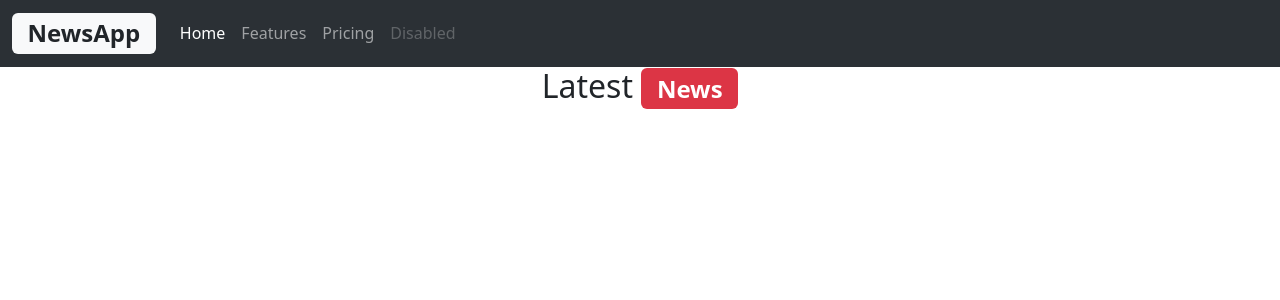
Repository: Abhishek-Thakur14/NewsXpress
Page: /
An editor plug-in stored every save of this project. The page is shown before and after the next save, followed by the edit.
The browser window is 1280 px wide. The pictures show the whole page.
The page's requests for data from a server got no answer. The project was rebuilt for these pictures with package versions that can differ from the ones it lists, and the page was loaded fresh each time. No one was signed in, and anything a server would have sent is missing. Also part of the build but not shown: vite.config.js, src/Components/NewsItem.jsx.

Above is the page before, as saved 2025-02-07 01:46:36.

### index.html
<!doctype html>
<html lang="en">
  <head>
    <meta charset="UTF-8" />
    <meta name="viewport" content="width=device-width, initial-scale=1.0" />
    <title>News App</title>
    <link href="https://cdn.jsdelivr.net/npm/bootstrap@5.3.3/dist/css/bootstrap.min.css" rel="stylesheet"
      integrity="sha384-QWTKZyjpPEjISv5WaRU9OFeRpok6YctnYmDr5pNlyT2bRjXh0JMhjY6hW+ALEwIH" crossorigin="anonymous">
  </head>
  <body>
    <div id="root"></div>
    <script type="module" src="/src/main.jsx"></script>
    <script src="https://cdn.jsdelivr.net/npm/bootstrap@5.3.3/dist/js/bootstrap.bundle.min.js"
      integrity="sha384-YvpcrYf0tY3lHB60NNkmXc5s9fDVZLESaAA55NDzOxhy9GkcIdslK1eN7N6jIeHz" crossorigin="anonymous"></script>
  </body>
</html>

### src/App.jsx
// eslint-disable-next-line no-unused-vars
import React from 'react'
import Navbar from './Components/Navbar'
import NewsBoard from './Components/NewsBoard'

const App = () => {
  return (
    <div>
      <Navbar />
      <NewsBoard/>
    </div>
  )
}

export default App

### src/Components/Navbar.jsx

const Navbar = () => {
  return (
    <nav className="navbar navbar-expand-lg bg-body-tertiary"data-bs-theme="dark">
  <div className="container-fluid">
    <a className="navbar-brand" href="#"><span className="badge bg-light text-dark fs-4">NewsApp</span></a>
    <button className="navbar-toggler" type="button" data-bs-toggle="collapse" data-bs-target="#navbarNav" aria-controls="navbarNav" aria-expanded="false" aria-label="Toggle navigation">
      <span className="navbar-toggler-icon"></span>
    </button>
    <div className="collapse navbar-collapse" id="navbarNav">
      <ul className="navbar-nav">
        <li className="nav-item">
          <a className="nav-link active" aria-current="page" href="#">Home</a>
        </li>
        <li className="nav-item">
          <a className="nav-link" href="#">Features</a>
        </li>
        <li className="nav-item">
          <a className="nav-link" href="#">Pricing</a>
        </li>
        <li className="nav-item">
          <a className="nav-link disabled" aria-disabled="true">Disabled</a>
        </li>
      </ul>
    </div>
  </div>
</nav>
  )
}

export default Navbar

### src/Components/NewsBoard.jsx
import { useState } from "react";
import { useEffect } from "react";
import NewsItem from "./NewsItem";

const NewsBoard = () => {
  const [articles, setArticles] = useState([]);

  useEffect(() => {
    let url = `https://newsapi.org/v2/top-headlines?country=us&apiKey=776b22a1db104c6bbaec009b9a90f307`;
    fetch(url)
      .then((response) => response.json())
      .then((data) => setArticles(data.articles));
    console.log(articles)
  },[]);

  return (
    <div>
      <h2 className="text-center">
        Latest <span className="badge bg-danger">News</span>
          </h2>
          {articles.map((news, index) => {
              return <NewsItem key={index} title={news.title} description={news.description}  url={news.url} />
          })}
    </div>
  );
};

export default NewsBoard;

Loaded but not shown: src/main.jsx (common file); src/index.css (no stored copy; drawn as an empty file)

After the next save:
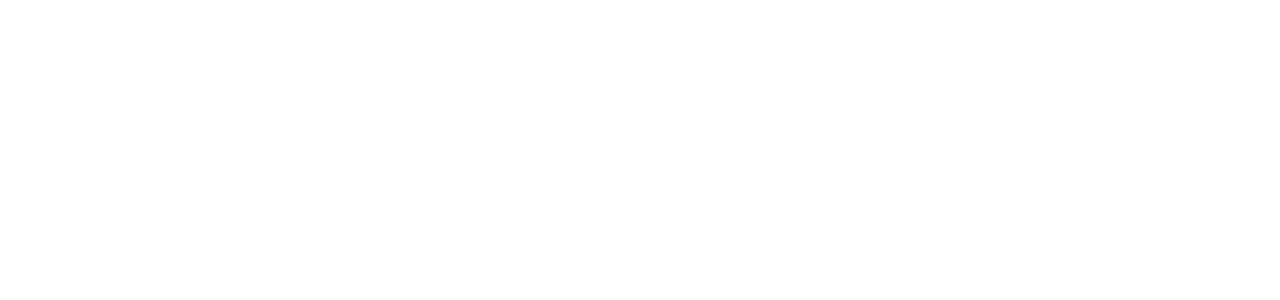
Console error: ReferenceError: url is not defined
Saved 2 min 27 s later.
--- a/src/Components/NewsBoard.jsx
+++ b/src/Components/NewsBoard.jsx
@@ -6,7 +6,7 @@
   const [articles, setArticles] = useState([]);
 
   useEffect(() => {
-    let url = `https://newsapi.org/v2/top-headlines?country=us&apiKey=776b22a1db104c6bbaec009b9a90f307`;
+    // let url = `https://newsapi.org/v2/top-headlines?country=us&apiKey=776b22a1db104c6bbaec009b9a90f307`;
     fetch(url)
       .then((response) => response.json())
       .then((data) => setArticles(data.articles));

After the save that followed:
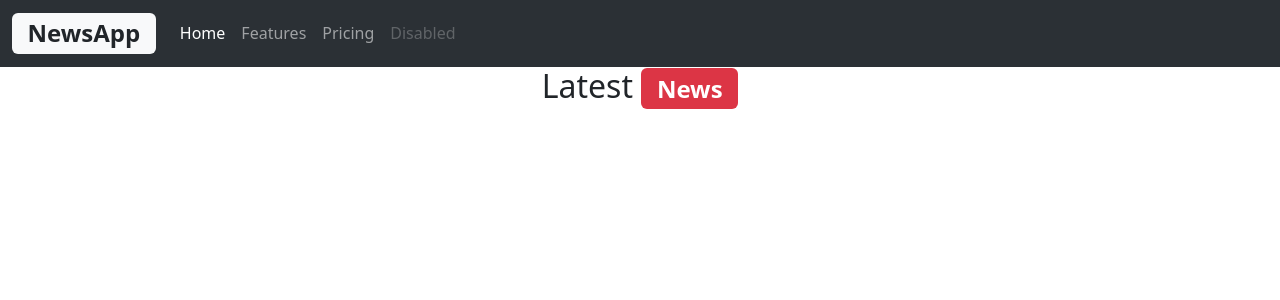
The error is gone.
Saved 15 s later.
--- a/src/Components/NewsBoard.jsx
+++ b/src/Components/NewsBoard.jsx
@@ -6,7 +6,7 @@
   const [articles, setArticles] = useState([]);
 
   useEffect(() => {
-    // let url = `https://newsapi.org/v2/top-headlines?country=us&apiKey=776b22a1db104c6bbaec009b9a90f307`;
+    let url = `https://newsapi.org/v2/top-headlines?country=us&apiKey=776b22a1db104c6bbaec009b9a90f307`;
     fetch(url)
       .then((response) => response.json())
       .then((data) => setArticles(data.articles));
